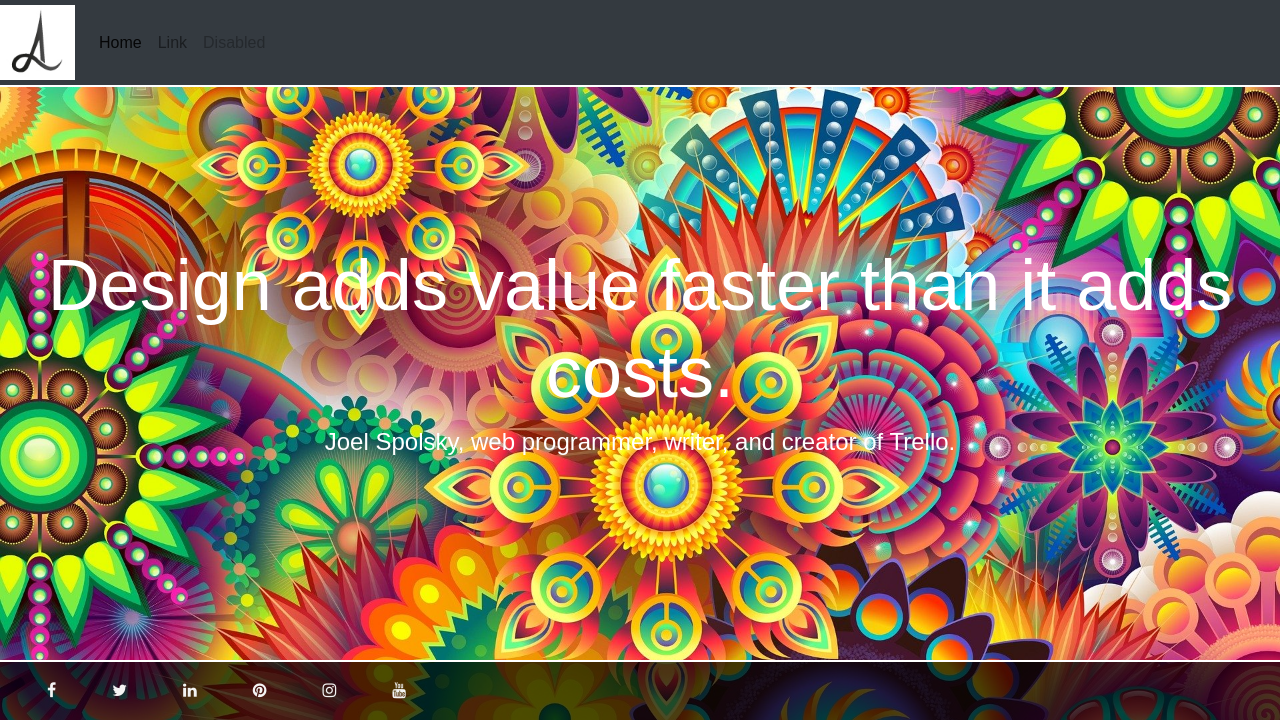
Repository: lemon-squeezy/milestone-project-1
Page: index.html
The author's editor kept a record of every edit. The page is drawn from the files as they stood at one moment, then again after the next edit.
The browser window is 1280 px wide. The pictures show the part of the page from y = 0 to 952 px (the page is 720 px tall before and 2967 px after).
An inner scrolling area shows only its first screen. Some web libraries are served in a nearby version.

Above is the page before.

After the next edit:
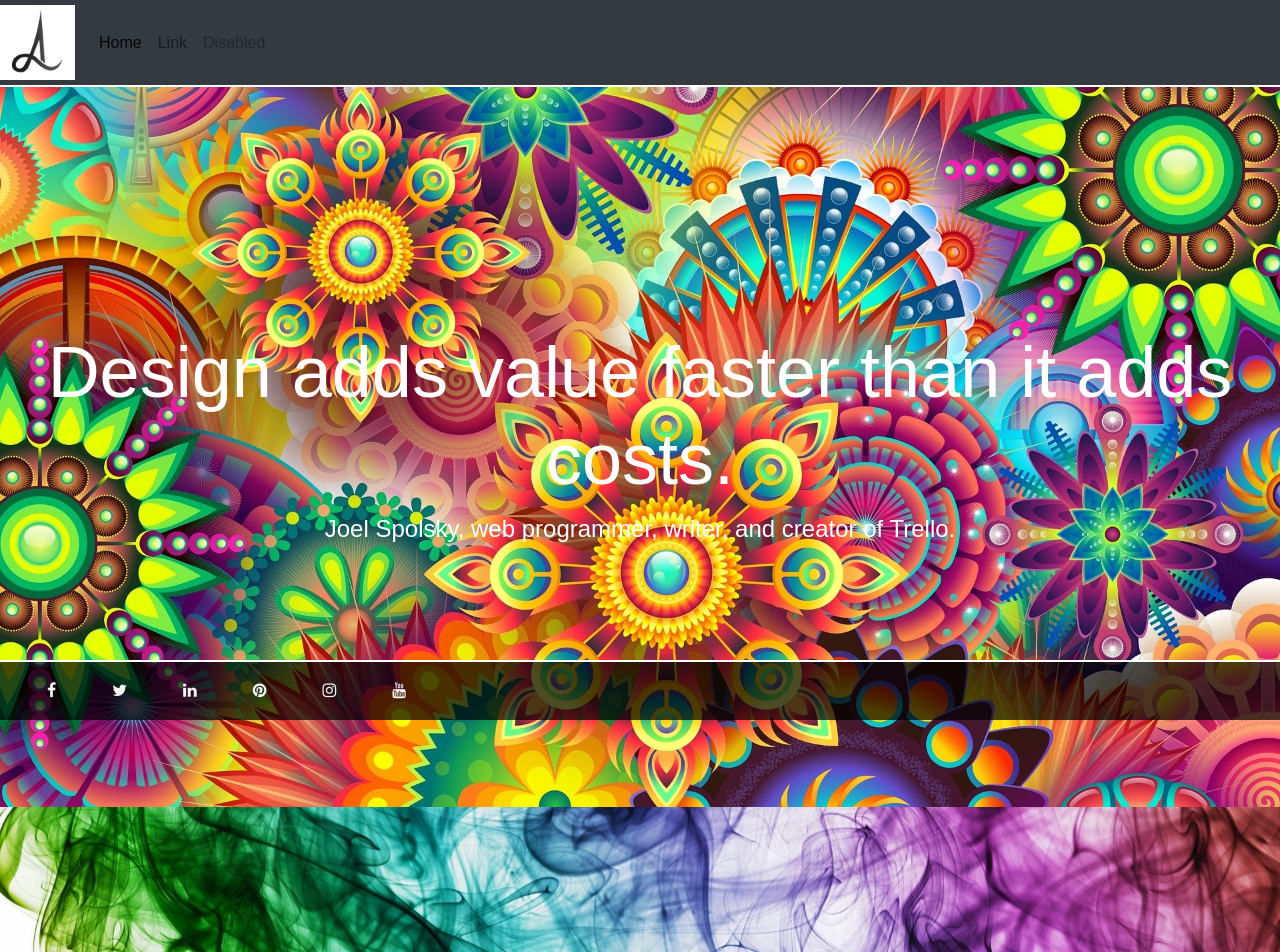
The edit:
--- a/index.html
+++ b/index.html
@@ -12,7 +12,7 @@
 </head>
 
 <body>
-    <div class="row container-fluid no-gutters">
+
 
 <nav class="navbar navbar-expand-lg navbar-light bg-dark sticky-top">
   <button class="navbar-toggler" type="button" data-toggle="collapse" data-target="#navbarTogglerDemo03" aria-controls="navbarTogglerDemo03" aria-expanded="false" aria-label="Toggle navigation">
